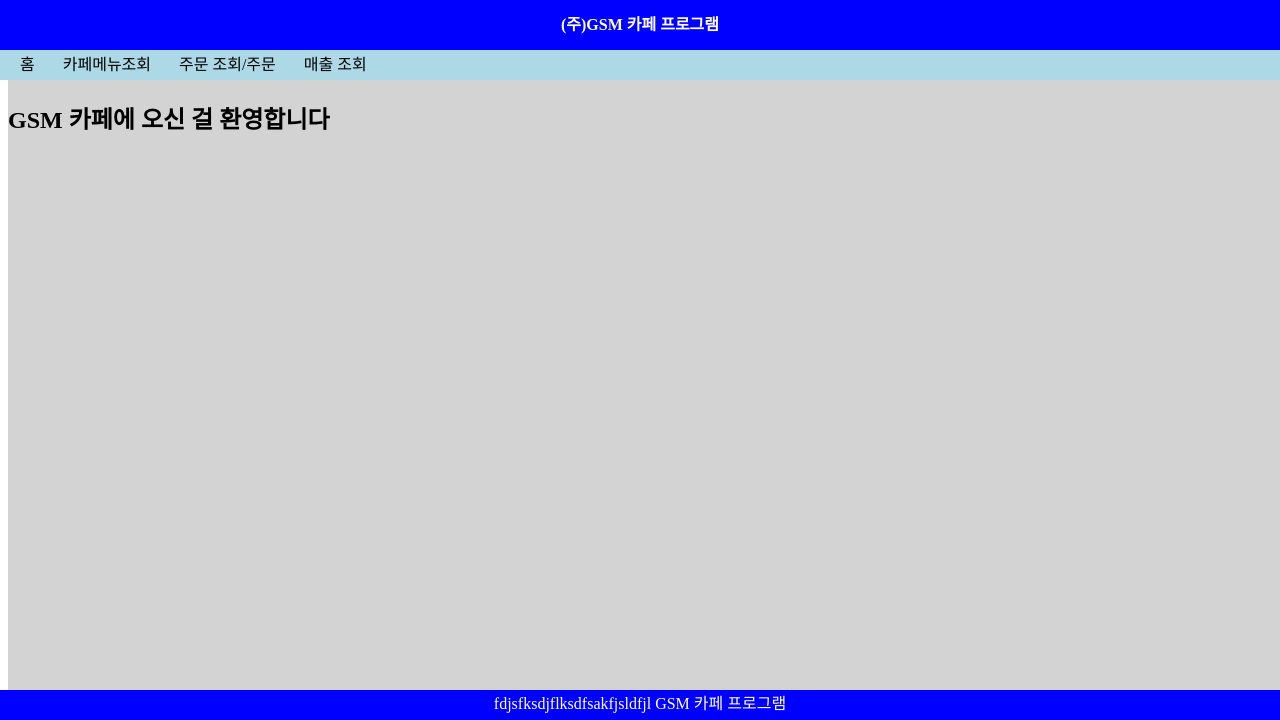
Repository: jiye-stingray/JSP
Page: http://localhost/Cafe/
The author's editor kept a copy of each file at every save. The page is drawn from the files as they stood at one save, then again after the next save.
The browser window is 1280 px wide. The pictures show the whole page.
The page is served by Tomcat 9.

Above is the page before, as saved 2022-09-22 11:01:15.

After the next save:
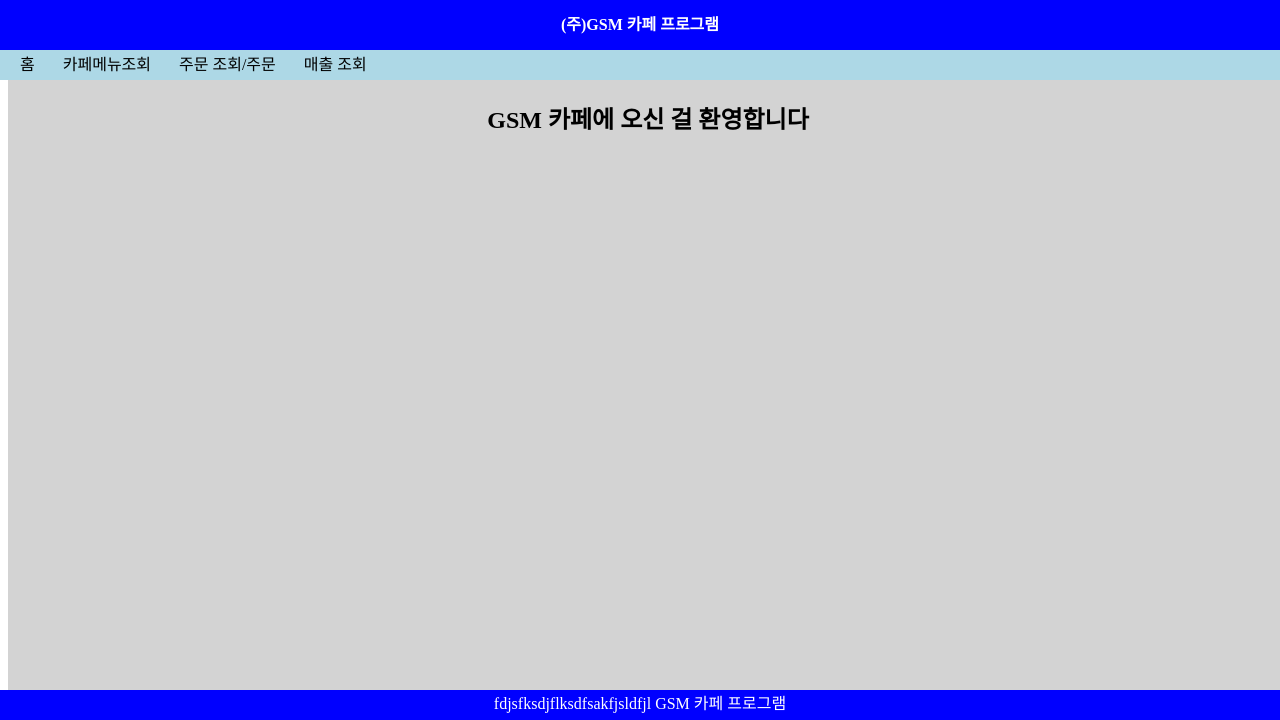
Saved 8 s later.
--- a/WithMIRA/Cafe/src/main/webapp/index.jsp
+++ b/WithMIRA/Cafe/src/main/webapp/index.jsp
@@ -11,7 +11,7 @@
 <jsp:include page="header.jsp"></jsp:include>
 
 <section style = "position: fixed; width:100%; height: 100%; top:80px; background-color: lightgray" >
-<h2 style ="">GSM 카페에 오신 걸 환영합니다</h2>
+<h2 style ="text-align: center;">GSM 카페에 오신 걸 환영합니다</h2>
 </section>
 
 <jsp:include page="footer.jsp"></jsp:include>
